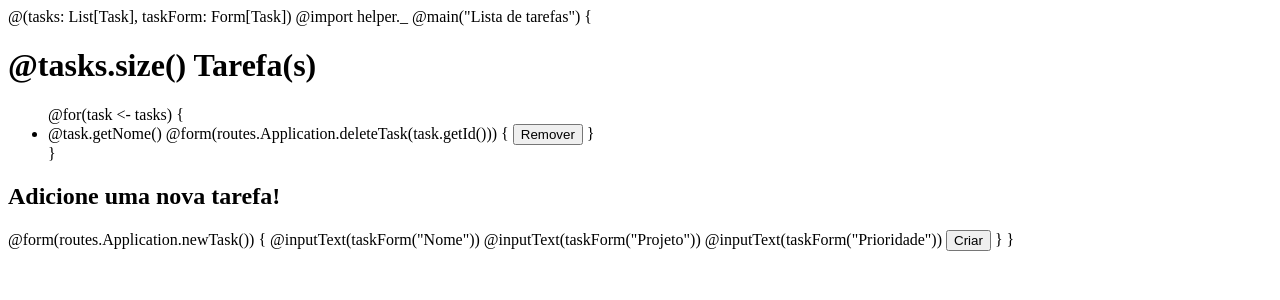
Repository: lcavalcante/si1
Page: lab2/.target/views/index.scala.html
An editor plug-in stored every save of this project. The page is shown before and after the next save, followed by the edit.
The browser window is 1280 px wide. The pictures show the whole page.

Above is the page before, as saved 2013-11-27 00:02:08.

### lab2/.target/views/index.scala.html
@(tasks: List[Task], taskForm: Form[Task])

@import helper._

@main("Lista de tarefas") {

    <h1>@tasks.size() Tarefa(s)</h1>

    <ul>
        @for(task <- tasks) {
            <li>
                @task.getNome()

                @form(routes.Application.deleteTask(task.getId())) {
                    <input type="submit" value="Remover">
                }
            </li>
        }
    </ul>

    <h2>Adicione uma nova tarefa!</h2>

    @form(routes.Application.newTask()) {

        @inputText(taskForm("Nome"))
        @inputText(taskForm("Projeto"))
        @inputText(taskForm("Prioridade"))

        <input type="submit" value="Criar">

    }

}

After the next save:
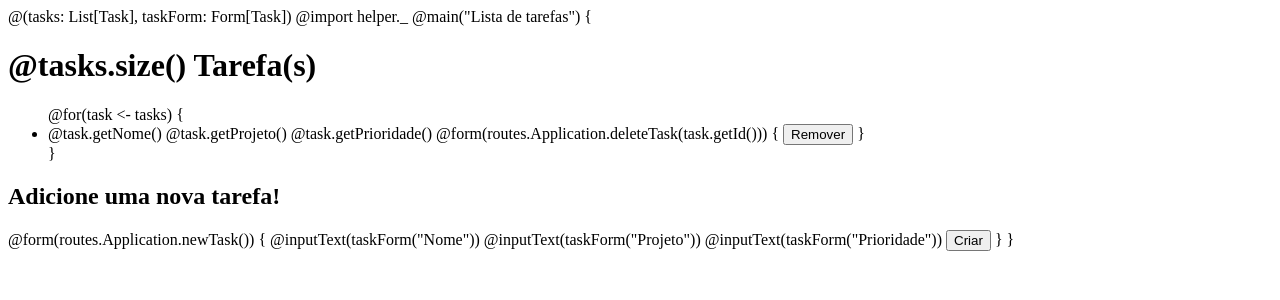
Saved 68 s later.
--- a/lab2/.target/views/index.scala.html
+++ b/lab2/.target/views/index.scala.html
@@ -9,7 +9,7 @@
     <ul>
         @for(task <- tasks) {
             <li>
-                @task.getNome()
+                @task.getNome() @task.getProjeto() @task.getPrioridade()
 
                 @form(routes.Application.deleteTask(task.getId())) {
                     <input type="submit" value="Remover">
